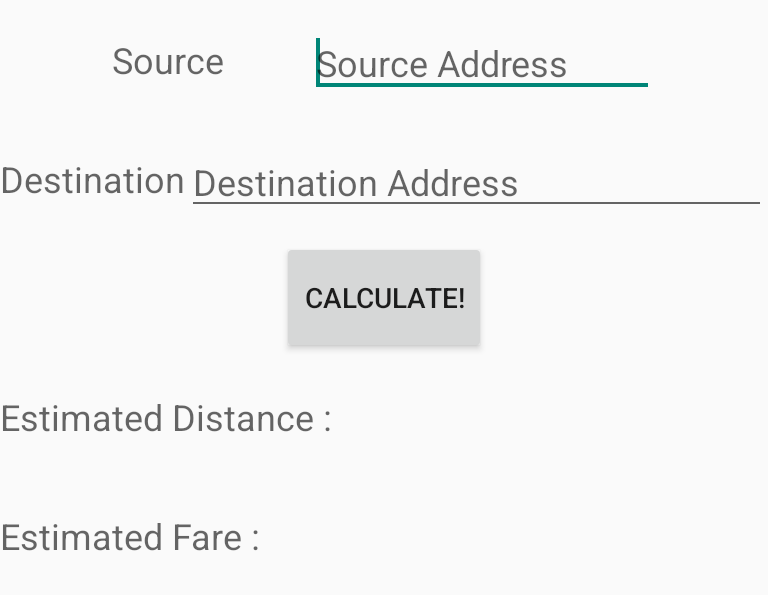
Repository: cravindra/autofareprototype
Layout: AutoFarePrototype/res/layout/activity_main.xml
These files come from the project's save history. The layout is drawn as it stood at one moment and after the next save; the edit follows.
The pictures show rows 685 to 1280 of an output 1280 px tall.
It is drawn on a 768 x 1280 px phone screen (xhdpi) without system bars, with theme AppTheme; the app's code is not run.

Above is the layout before, as saved 2014-07-16 18:53:45.

After the next save:
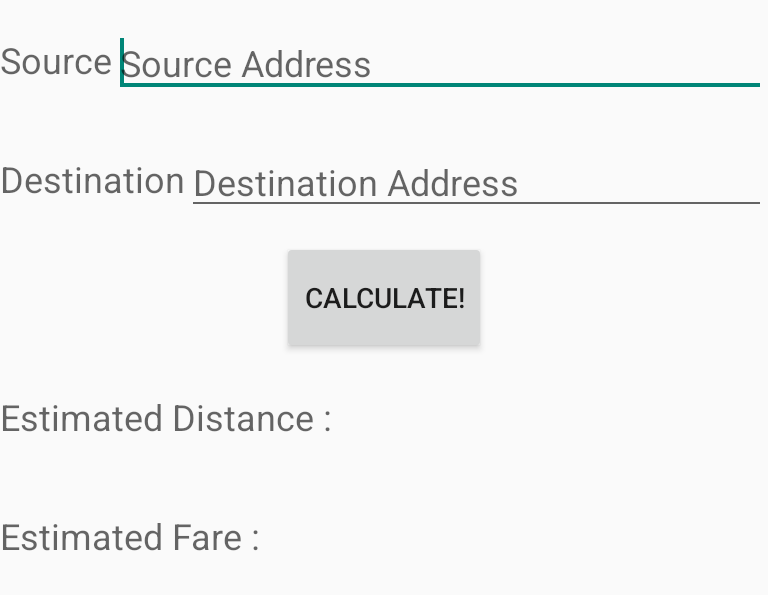
Saved 27 min 41 s later.
--- a/AutoFarePrototype/res/layout/activity_main.xml
+++ b/AutoFarePrototype/res/layout/activity_main.xml
@@ -31,7 +31,7 @@
 
             <TextView
                 android:id="@+id/tv_src"
-                android:layout_width="98dp"
+                android:layout_width="wrap_content"
                 android:layout_height="wrap_content"
                 android:text="@string/src_string"
                 android:textAppearance="?android:attr/textAppearanceMedium" />
@@ -40,6 +40,7 @@
                 android:id="@+id/et_src"
                 android:layout_width="174dp"
                 android:layout_height="wrap_content"
+                android:layout_weight="1"
                 android:ems="10"
                 android:hint="Source Address"
                 android:inputType="text" >
